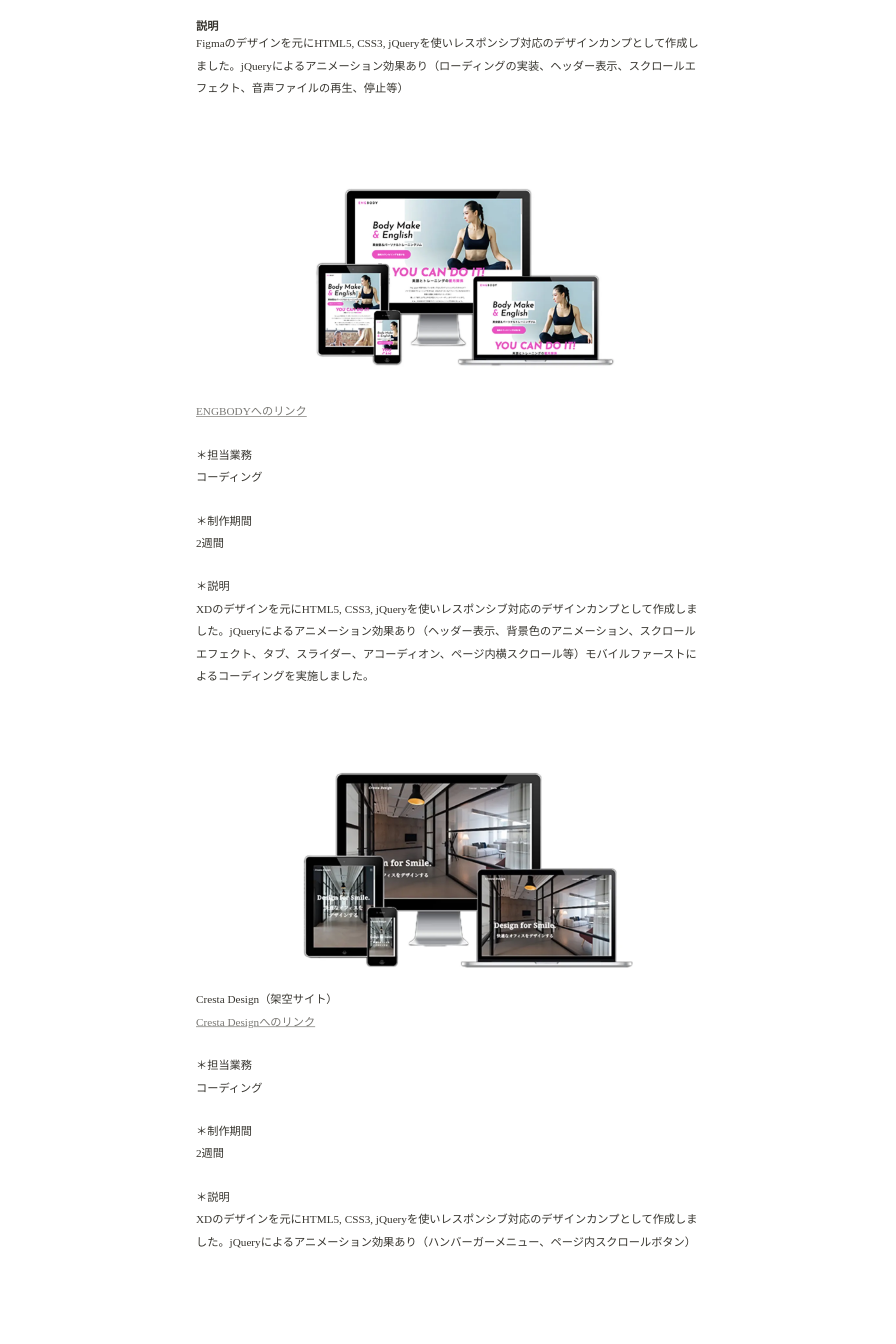
Repository: tetishi/my-portfolio
Page: index.html
An editor plug-in stored every save of this project. The page is shown before and after the next save, followed by the edit.
The browser window is 1280 px wide. The pictures show the part of the page from y = 4495 to 6415 px (the page is 11515 px tall before and 11547 px after), at 70% of full size.
The style sheet was rebuilt from its Sass, Less or Tailwind sources for each picture, by a compiler version that may differ from the author's.

Above is the page before, as saved 2024-05-19 15:52:38.

### index.html
<!DOCTYPE html>
<html lang="ja">

<head>
    <meta name="robots" content="noindex">
    <meta charset="UTF-8">
    <meta name="viewport" content="width=device-width, initial-scale=1.0">
    <meta http-equiv="X-UA-Compatible" content="ie=edge">
    <meta property="og:title" content="石田哲朗のポートフォリオ" />
    <meta property="og:type" content="website" />
    <meta property="og:url" content="http://tetsuroishida.com/" />
    <meta property="og:image" content="#" />
    <meta property="og:site_name" content="ポートフォリオ" />
    <meta property="og:description" content="石田哲朗のポートフォリオです。過去の作品、スキル、使用ツール、自己紹介を掲載しております。" />
    <title>石田哲朗のポートフォリオ</title>
    <link rel="stylesheet" href="reset.css">
    <link rel="stylesheet" href="style.css">
    <link rel="icon" href="img/favicon.ico">
</head>

<body>
    <header class="header">
        <div class="header-inner">
            <h1 class="logo">
                <a href="/">
                    <img class="logo_img" src="img/favicon.png" alt="">
                </a>
            </h1>
            <nav class="header-nav">
                <ul class="header-ul">
                    <li class="header-li">
                        <a href="#">過去の作品</a>
                    </li>
                    <li class="header-li">
                        <a href="#">スキル</a>
                    </li>
                    <li class="header-li">
                        <a href="#">使用ツール</a>
                    </li>
                    <li class="header-li">
                        <a href="#">私について</a>
                    </li>
                </ul>
            </nav>
            <button class="mobile-menu_btn">
                <span></span>
                <span></span>
                <span></span>
            </button>
            <div class="mobile-header">
                <nav class="mobile-header_nav">
                    <ul class="mobile-header_ul">
                        <li class="mobile-header_li">
                            <a href="#">過去の作品</a>
                        </li>
                        <li class="mobile-header_li">
                            <a href="#">スキル</a>
                        </li>
                        <li class="mobile-header_li">
                            <a href="#">使用ツール</a>
                        </li>
                        <li class="mobile-header_li">
                            <a href="#">私について</a>
                        </li>
                    </ul>
                </nav>
            </div>
        </div>
    </header>

    <main>

        <section>
            <!-- ここ記入 -->
            <h1>ポートフォリオ<br class="d-none">（石田 哲朗）</h1>
            <p>お忙しい中 ご覧頂きありがとうございます。</p>
            <p>以下、過去の作品でございます。</p>
            <!-- ここ記入 -->
            <!-- <p>ベーシック認証がかかっているものは<br>ID aaa<br>パスワード aaa<br> です。</p> -->
        </section>
        <section>

            <h2>過去の作品</h2>
            <h3 class="sub-tit">LP作成</h3>

            <!-- １作品目 -->
            <div class="work">
                <!-- ここ記入 -->
                <h3 class="work_tit">UNIVERSAL HOLDINGS様／山中湖オリオン</h3>

                <!-- サイトのイメージ写真を入れます -->
                <a class="work_img-link" target="_blank" href="https://orion.universalholdings.jp/">
                    <picture>
                        <source srcset="img/universal-holdings@2x.webp" type="image/webp">
                        <img src="img/universal-holdings@2x.png">
                    </picture>
                </a>
                <p>
                    UNIVERSAL HOLDINGS様の貸別荘ビジネス「山中湖オリオン」についてのLP（ランディングページ）を制作致しました。<br>
                    「山中湖オリオン」は優れた強固な構造が特徴で、長期の運用が可能なフィンランドログを使用した貸別荘です。<br>
                </p>
                <h3 class="details">サイトへのリンク</h3>
                <!-- ここ記入 -->
                <p class="work_link"><a target="_blank" rel="noopener noreferrer" href="https://orion.universalholdings.jp/">UNIVERSAL HOLDINGS様／山中湖オリオンのLPへのリンク</a></p>
                <p class="work_link"><a target="_blank" rel="noopener noreferrer" href="https://orion-salon.universalholdings.jp/">UNIVERSAL HOLDINGS様／山中湖オリオン ABテスト用LPへのリンク</a></p>

                <h3 class="details">担当業務</h3>
                <p>コーディング / WordPress</p>
                <h3 class="details">サイトの目的</h3>
                <p>共同事業パートナーの募集 / 事業の認知</p>
                <h3 class="details">制作期間</h3>
                <!-- ここ記入 -->
                <p>約5日（コーディング / WordPress）</p>
                <h3 class="details">説明</h3>
                <!-- ここ記入 -->
                <p>
                    UNIVERSAL HOLDINGS様の貸別荘ビジネス「山中湖オリオン」についてのLP（ランディングページ）を制作致しました。<br>
                    「山中湖オリオン」は優れた強固な構造が特徴で、長期の運用が可能なフィンランドログを使用した貸別荘です。<br>
                    デザインパートナーにてデザインを作成、Photoshopのデザインを元にHTML5, CSS3, JavaScript(jQuery)を使用しLPをコーディング、WordPress化致しました。<br>
                    ・ユーザーにとってクリックしやすくなるように、ボタンは光るようにコーディングしております。<br>
                    ・ABテスト用に一部異なるデザインのLPも制作致しました。
                </p>
            </div>


            <!-- 2作品目 -->
            <div class="work">
                <!-- ここ記入 -->
                <h3 class="work_tit">合同会社シュアーズ様／AIオートメーションシステムのLP</h3>

                <!-- サイトのイメージ写真を入れます -->
                <a class="work_img-link" target="_blank" href="https://sedori-go.com/automation-b/">
                    <picture>
                        <source srcset="img/automation-b@2x.webp" type="image/webp">
                        <img src="img/automation-b@2x.png">
                    </picture>
                </a>
                <!-- ここ記入 -->
                <p>
                    合同会社シュアーズ様のAIオートメーションシステムについてのLP（ランディングページ）を制作致しました。<br>
                    平凡なサラリーマンがネット販売で独立を叶え、起業初年度に「1億円」を叶えた特効薬（秘密）を初公開しております。
                </p>

                <h3 class="details">サイトへのリンク</h3>
                <p class="work_link"><a target="_blank" rel="noopener noreferrer" href="https://sedori-go.com/automation-b/">AIオートメーションシステムのLPへのリンク</a></p>

                <h3 class="details">担当業務</h3>
                <p>コーディング / ディレクション</p>

                <h3 class="details">サイトの目的</h3>
                <p>サービスの認知 / 新規クライアントの獲得</p>

                <h3 class="details">制作期間</h3>
                <!-- ここ記入 -->
                <p>5日（コーディング / ディレクション）</p>

                <h3 class="details">説明</h3>
                <!-- ここ記入 -->
                <p>デザインパートナーにてデザインを作成、Figmaのデザインを元にHTML5、CSS3、JavaScript（jQuery）を使いレスポンシブ対応のLPを制作致しました。<br>
                    ・MyASPを使用し、メール配信機能を実装しました。<br>
                    ・お客様とデザイナーの間に立ち、お客様のご要望が上手くデザイナーに伝わるように、ディレクション業務も行いました。
                </p>
            </div>

            <!-- 3作品目 -->
            <div class="work">
                <h3 class="work_tit">合同会社シュアーズ様／AIオートメーションのLP</h3>

                <!-- サイトのイメージ写真を入れます -->
                <a class="work_img-link" target="_blank" href="https://sedori-go.com/automationlp/">
                    <picture>
                        <source srcset="img/automation-a@2x.webp" type="image/webp">
                        <img src="img/automation-a@2x.png">
                    </picture>
                </a>
                <!-- ここ記入 -->
                <p>
                    合同会社シュアーズ様のAIオートメーションシステムについてのLP（ランディングページ）を制作致しました。<br>
                    自分でリサーチしない、勝手に利益商品をみつけてくれるAIオートメーションシステムです。
                </p>

                <h3 class="details">サイトへのリンク</h3>
                <p class="work_link"><a target="_blank" rel="noopener noreferrer" href="https://sedori-go.com/automationlp/">AIオートメーションのLPへのリンク</a></p>

                <h3 class="details">担当業務</h3>
                <p>コーディング / ディレクション</p>

                <h3 class="details">サイトの目的</h3>
                <p>サービスの認知 / 新規クライアントの獲得</p>

                <h3 class="details">制作期間</h3>
                <!-- ここ記入 -->
                <!-- <p>11日（6日デザイン、5日コーディング）</p> -->
                <p>5日（コーディング / ディレクション）</p>

                <h3 class="details">説明</h3>
                <!-- ここ記入 -->
                <p>デザインパートナーにてデザインを作成、Figmaのデザインを元にHTML5、CSS3、JavaScript（jQuery）を使いレスポンシブ対応のLPを制作致しました。<br>
                    ・MyASPを使用し、メール配信機能を実装しました。<br>
                    ・お客様とデザイナーの間に立ち、お客様のご要望が上手くデザイナーに伝わるように、ディレクション業務も行いました。
                </p>
            </div>

            <!-- 4作品目 -->
            <div class="work">
                <!-- ここ記入 -->
                <h3 class="work_tit">Planet Hunters（架空サイト）</h3>

                <!-- サイトのイメージ写真を入れます -->
                <a class="work_img-link" target="_blank" href="https://tetishi.github.io/planet-hunters/">
                    <picture>
                        <source srcset="img/planet-hunters@2x.webp" type="image/webp">
                        <img src="img/planet-hunters@2x.png">
                    </picture>
                </a>
                <!-- ここ記入 -->
                <h3 class="details">サイトへのリンク</h3>
                <p class="work_link"><a target="_blank" rel="noopener noreferrer" href="https://tetishi.github.io/planet-hunters/">Planet Huntersへのリンク</a></p>

                <h3 class="details">担当業務</h3>
                <p>コーディング</p>

                <h3 class="details">制作期間</h3>
                <!-- ここ記入 -->
                <p>1週間</p>

                <h3 class="details">説明</h3>
                <!-- ここ記入 -->
                <p>Figmaのデザインを元にHTML5, CSS3, jQueryを使いレスポンシブ対応のデザインカンプとして作成しました。jQueryによるアニメーション効果あり（ローディングの実装、ヘッダー表示、スクロールエフェクト、音声ファイルの再生、停止等）</p>
            </div>

            <!-- 5作品目 -->
            <div class="work">


                <!-- サイトのイメージ写真を入れます -->
                <picture>
                    <source srcset="img/engbody@2x.webp" type="image/webp">
                    <img src="img/engbody@2x.png">
                </picture>
                <!-- ここ記入 -->
                <p class="work_link"><a target="_blank" rel="noopener noreferrer" href="https://tetishi.github.io/engbody/">ENGBODYへのリンク</a></p>
                <p class="details">＊担当業務</p>
                <p>コーディング</p>
                <p class="details">＊制作期間</p>
                <!-- ここ記入 -->
                <p>2週間</p>
                <p class="details">＊説明</p>
                <!-- ここ記入 -->
                <p>XDのデザインを元にHTML5, CSS3, jQueryを使いレスポンシブ対応のデザインカンプとして作成しました。jQueryによるアニメーション効果あり（ヘッダー表示、背景色のアニメーション、スクロールエフェクト、タブ、スライダー、アコーディオン、ページ内横スクロール等）モバイルファーストによるコーディングを実施しました。</p>
            </div>

            <!-- 　6作品目 -->
            <div class="work">
                <!-- サイトのイメージ写真を入れます -->
                <picture>
                    <source srcset="img/cresta-design@2x.webp" type="image/webp">
                    <img src="img/cresta-design@2x.png">
                </picture>
                <!-- ここ記入 -->
                <p class="work_tit">Cresta Design（架空サイト）</p>
                <!-- ここ記入 -->
                <p class="work_link"><a target="_blank" rel="noopener noreferrer" href="https://tetishi.github.io/cresta-design/">Cresta Designへのリンク</a></p>
                <p class="details">＊担当業務</p>
                <p>コーディング</p>
                <p class="details">＊制作期間</p>
                <!-- ここ記入 -->
                <p>2週間</p>
                <p class="details">＊説明</p>
                <!-- ここ記入 -->
                <p>XDのデザインを元にHTML5, CSS3, jQueryを使いレスポンシブ対応のデザインカンプとして作成しました。jQueryによるアニメーション効果あり（ハンバーガーメニュー、ページ内スクロールボタン）</p>
            </div>

            <!-- 　7作品目 -->
            <div class="work">
                <!-- サイトのイメージ写真を入れます -->
                <picture>
                    <source srcset="img/wdc@2x.webp" type="image/webp">
                    <img src="img/wdc@2x.png">
                </picture>
                <!-- ここ記入 -->
                <p class="work_tit">WDC（架空サイト）</p>
                <!-- ここ記入 -->
                <p class="work_link"><a target="_blank" rel="noopener noreferrer" href="https://tetishi.github.io/wdc/">WDCへのリンク</a></p>
                <p class="details">＊担当業務</p>
                <p>コーディング</p>
                <p class="details">＊制作期間</p>
                <!-- ここ記入 -->
                <p>2週間</p>
                <p class="details">＊説明</p>
                <!-- ここ記入 -->
                <p>XDのデザインを元にHTML5, CSS3, jQueryを使いレスポンシブ対応のデザインカンプとして作成しました。jQueryによるアニメーション効果あり（ページ内スクロールボタン、トップに戻るボタン）</p>
            </div>

            <!-- 　8作品目 -->
            <div class="work">
                <!-- サイトのイメージ写真を入れます -->
                <picture>
                    <source srcset="img/munchkin@2x.webp" type="image/webp">
                    <img src="img/munchkin@2x.png">
                </picture>
                <!-- ここ記入 -->
                <p class="work_tit">MUNCHKIN（架空サイト）</p>
                <!-- ここ記入 -->
                <p class="work_link"><a target="_blank" rel="noopener noreferrer" href="https://tetishi.github.io/munchkin2/">MUNCHKINへのリンク</a></p>
                <p class="details">＊担当業務</p>
                <p>コーディング</p>
                <p class="details">＊制作期間</p>
                <!-- ここ記入 -->
                <p>1週間</p>
                <p class="details">＊説明</p>
                <!-- ここ記入 -->
                <p>XDのデザインを元にHTML5, CSS3, jQueryを使いレスポンシブ対応のデザインカンプとして作成しました。jQueryによるアニメーション効果あり（ハンバーガーメニュー、スクロールボタン）</p>
            </div>


            <h3 class="sub-tit">コーポレイトサイト作成</h3>
            <!-- 　1作品目 -->
            <div class="work">
                <!-- サイトのイメージ写真を入れます -->
                <picture>
                    <source srcset="img/pon-design@2x.webp" type="image/webp">
                    <img src="img/pon-design@2x.png">
                </picture>
                <!-- ここ記入 -->
                <p class="work_tit">PON DESIGN（架空サイト）</p>
                <!-- ここ記入 -->
                <p class="work_link"><a target="_blank" rel="noopener noreferrer" href="https://tetishi.github.io/pon-design/">PON DESIGNへのリンク</a></p>
                <p class="details">＊担当業務</p>
                <p>コーディング</p>
                <p class="details">＊制作期間</p>
                <!-- ここ記入 -->
                <p>約18日</p>
                <p class="details">＊説明</p>
                <!-- ここ記入 -->
                <p>XDのデザインを元にHTML5, CSS3, jQueryを使いレスポンシブ対応のデザインカンプとして作成しました。jQueryによるアニメーション効果あり（ハンバーガーメニュー、スライダー等）</p>
            </div>


            <!-- 　2作品目 -->
            <div class="work">
                <!-- サイトのイメージ写真を入れます -->
                <picture>
                    <source srcset="img/start@2x.webp" type="image/webp">
                    <img src="img/start@2x.png">
                </picture>
                <!-- ここ記入 -->
                <p class="work_tit">START（架空サイト）</p>
                <!-- ここ記入 -->
                <p class="work_link"><a target="_blank" rel="noopener noreferrer" href="https://tetishi.github.io/">STARTへのリンク</a></p>
                <p class="details">＊担当業務</p>
                <p>コーディング</p>
                <p class="details">＊制作期間</p>
                <!-- ここ記入 -->
                <p>1週間</p>
                <p class="details">＊説明</p>
                <!-- ここ記入 -->
                <p>XDのデザインを元にHTML5, CSS3, jQueryを使いレスポンシブ対応のデザインカンプとして作成しました。jQueryによるアニメーション効果あり（ハンバーガーメニュー）</p>
            </div>

            <!-- <div class="work"> -->
                <!-- サイトのイメージ写真を入れます -->
                <!-- <picture>
                    <source srcset="img/#" type="image/webp">
                    <img src="img/#">
                </picture> -->
                <!-- ここ記入 -->
                <!-- <p class="work_tit">ここに作品のタイトルを入れます</p> -->
                <!-- ここ記入 -->
                <!-- <p class="work_link"><a target="_blank" rel="noopener noreferrer" href="#">ここにリンクを入れます</a></p>
                <p class="details">＊担当業務</p>
                <p>コーディング</p>
                <p class="details">＊制作期間</p> -->
                <!-- ここ記入 -->
                <!-- <p>○週間</p>
                <p class="details">＊説明</p> -->
                <!-- ここ記入 -->
                <!-- <p>ここに説明文を入れます</p>
            </div> -->


        </section>
        <section>
            <h2>スキル</h2>
            <h3 class="info-tit">使用言語</h3>
            <p>HTML / CSS / Sass / Javascript / SEO / PHP</p>
            <h3 class="info-tit">フレ-ムワーク</h3>
            <p>jQuery / WordPress</p>
        </section>
        <section>
            <h2>使用ツール</h2>
            <h3 class="info-tit">エディター</h3>
            <p>Visual Studio Code</p>
            <h3 class="info-tit">テストサーバー</h3>
            <p>シン・クラウド for Free / エックスフリー</p>
            <h3 class="info-tit">バージョン管理ツール</h3>
            <p>GitHub</p>
            <h3 class="info-tit">連絡ツール</h3>
            <p>slack / Chatwork</p>
        </section>
        <section>
            <h2>私について</h2>
            <!-- 自分の写真を入れます -->
            <picture>
                <source srcset="img/myself.webp" type="image/webp">
                <img class="people" src="img/myself.jpeg">
            </picture>
            <!-- <img class="people" src="img/myself.jpeg"> -->
            <h3 class="info-tit">名前</h3>
            <!-- ここ記入 -->
            <p>石田 哲朗</p>
            <h3 class="info-tit">生年月日</h3>
            <!-- ここ記入 -->
            <p>1992年11月12日</p>
            <h3 class="info-tit">出身</h3>
            <!-- ここ記入 -->
            <p>奈良県</p>
            <h3 class="info-tit">経歴</h3>
            <!-- ここ記入 -->
            <ul class="carrier-list">
                <li class="carrier-item">
                    <p class="carrier-year">2015</p>
                    <p class="carrier-content">大阪の大学を経済学部で卒業</p>
                </li>
                <li class="carrier-item">
                    <p class="carrier-year">2015 - 2017</p>
                    <p class="carrier-content">アメリカ、ロサンゼルスの語学学校で英語を学ぶ</p>
                </li>
                <li class="carrier-item">
                    <p class="carrier-year">2017 - 2019</p>
                    <p class="carrier-content">カリフォルニア州オークランドにあるLaney Collegeにてコンピュータプログラミング専攻し卒業</p>
                </li>
                <li class="carrier-item">
                    <p class="carrier-year">2019</p>
                    <p class="carrier-content">フリーランスのWebエンジニアとして活動</p>
                </li>
                <li class="carrier-item">
                    <p class="carrier-year">2019 - 2020</p>
                    <p class="carrier-content">プログラミングスクールにてRuby on Ralisなどを学び実際に業務としてWeb開発を実施</p>
                </li>
                <li class="carrier-item">
                    <p class="carrier-year">2021 ~ 2023</p>
                    <p class="carrier-content">ネットワークエンジニアとして勤務</p>
                </li>
                <li class="carrier-item">
                    <p class="carrier-year">2022 ~ 現在</p>
                    <p class="carrier-content">フリーランスのWebエンジニアとして活動中</p>
                </li>
            </ul>
        </section>



    </main>

    <footer class="footer">
        <div class="footer-copyright">
            <p>
                © 2023 Tetsuro Ishida's portfolio All rights reserved
            </p>
        </div>
    </footer>

</body>

</html>

### reset.css
/*
html5doctor.com Reset Stylesheet
v1.6.1
Last Updated: 2010-09-17
Author: Richard Clark - http://richclarkdesign.com
Twitter: @rich_clark
*/

html,
body,
div,
span,
object,
iframe,
h1,
h2,
h3,
h4,
h5,
h6,
p,
blockquote,
pre,
abbr,
address,
cite,
code,
del,
dfn,
em,
img,
ins,
kbd,
q,
samp,
small,
strong,
sub,
sup,
var,
b,
i,
dl,
dt,
dd,
ol,
ul,
li,
fieldset,
form,
label,
legend,
table,
caption,
tbody,
tfoot,
thead,
tr,
th,
td,
article,
aside,
canvas,
details,
figcaption,
figure,
footer,
header,
hgroup,
menu,
nav,
section,
summary,
time,
mark,
audio,
video {
    margin: 0;
    padding: 0;
    border: 0;
    outline: 0;
    font-size: 100%;
    vertical-align: baseline;
    background: transparent;
}

body {
    line-height: 1;
}

article,
aside,
details,
figcaption,
figure,
footer,
header,
hgroup,
menu,
nav,
section {
    display: block;
}

nav ul {
    list-style: none;
}

blockquote,
q {
    quotes: none;
}

blockquote:before,
blockquote:after,
q:before,
q:after {
    content: '';
    content: none;
}

a {
    margin: 0;
    padding: 0;
    font-size: 100%;
    vertical-align: baseline;
    background: transparent;
}


/* change colours to suit your needs */

ins {
    background-color: #ff9;
    color: #000;
    text-decoration: none;
}


/* change colours to suit your needs */

mark {
    background-color: #ff9;
    color: #000;
    font-style: italic;
    font-weight: bold;
}

del {
    text-decoration: line-through;
}

abbr[title],
dfn[title] {
    border-bottom: 1px dotted;
    cursor: help;
}

table {
    border-collapse: collapse;
    border-spacing: 0;
}


/* change border colour to suit your needs */

hr {
    display: block;
    height: 1px;
    border: 0;
    border-top: 1px solid #cccccc;
    margin: 1em 0;
    padding: 0;
}

input,
select {
    vertical-align: middle;
}


/*end reset css*/

Loaded but not shown: style.scss (210 lines, source omitted)

After the next save:
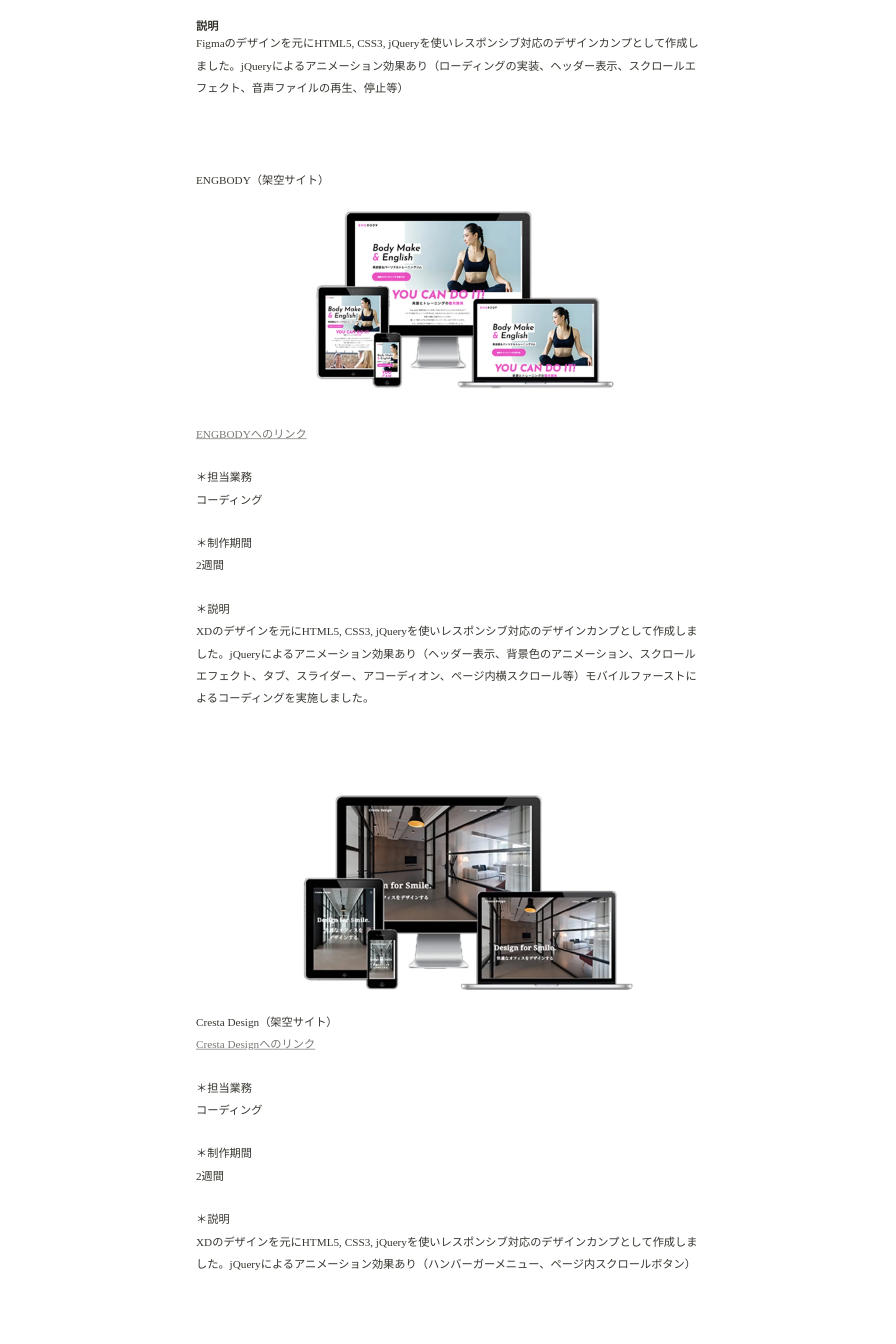
Saved 4 s later.
--- a/index.html
+++ b/index.html
@@ -231,7 +231,8 @@
 
             <!-- 5作品目 -->
             <div class="work">
-
+                <!-- ここ記入 -->
+                <p class="work_tit">ENGBODY（架空サイト）</p>
 
                 <!-- サイトのイメージ写真を入れます -->
                 <picture>
